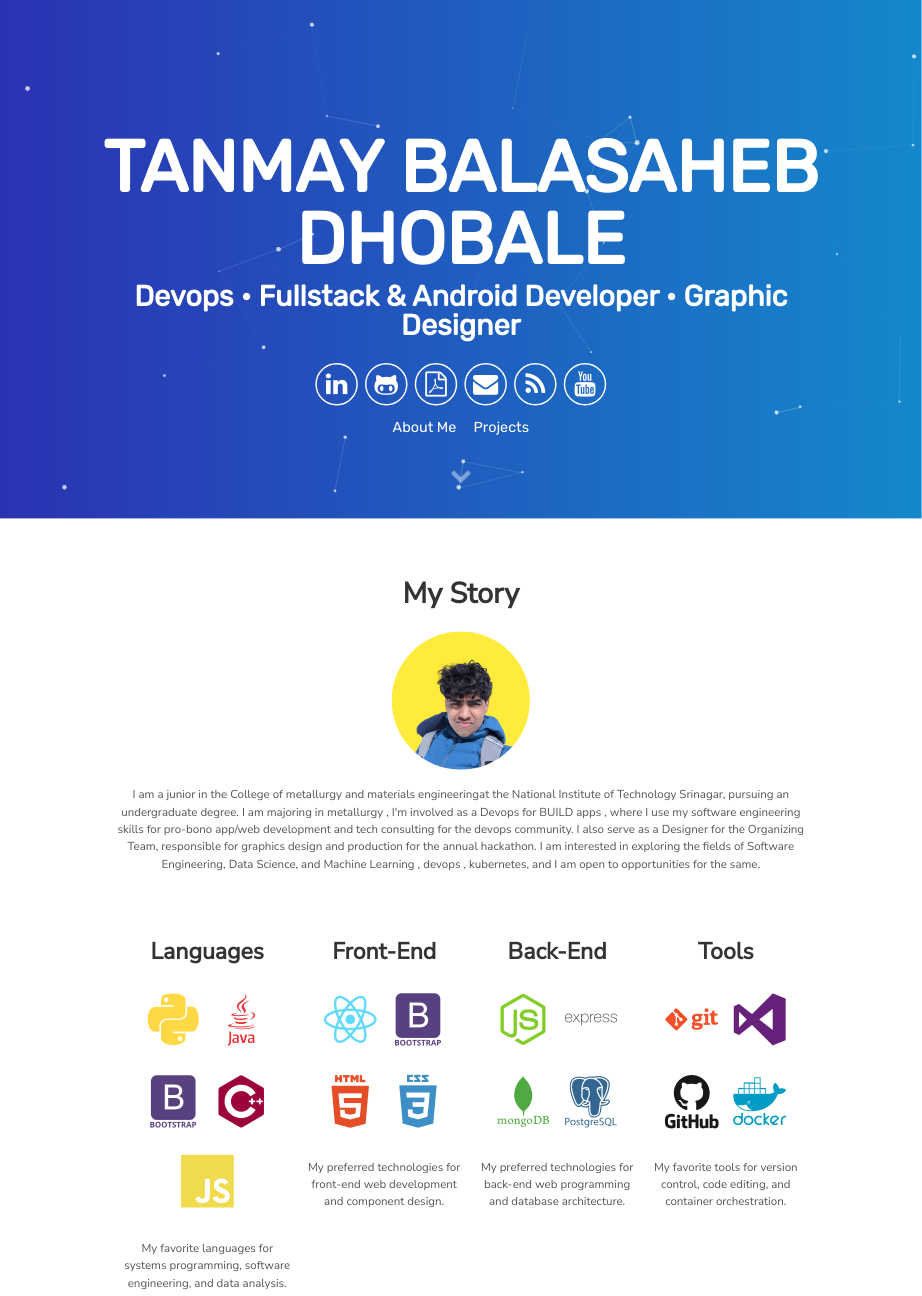
Repository: TanmayDhobale/portfolio.tanmay
Page: index.html
An editor plug-in stored every save of this project. The page is shown before and after the next save, followed by the edit.
The browser window is 1280 px wide. The pictures show the part of the page from y = 0 to 1800 px (the page is 3304 px tall), at 72% of full size.
A picture or video elsewhere on the page could not be fetched, so the positions and the page height are approximate. Backgrounds fixed to the window are drawn as part of the page.

Above is the page before, as saved 2023-09-25 19:24:31.

After the next save:
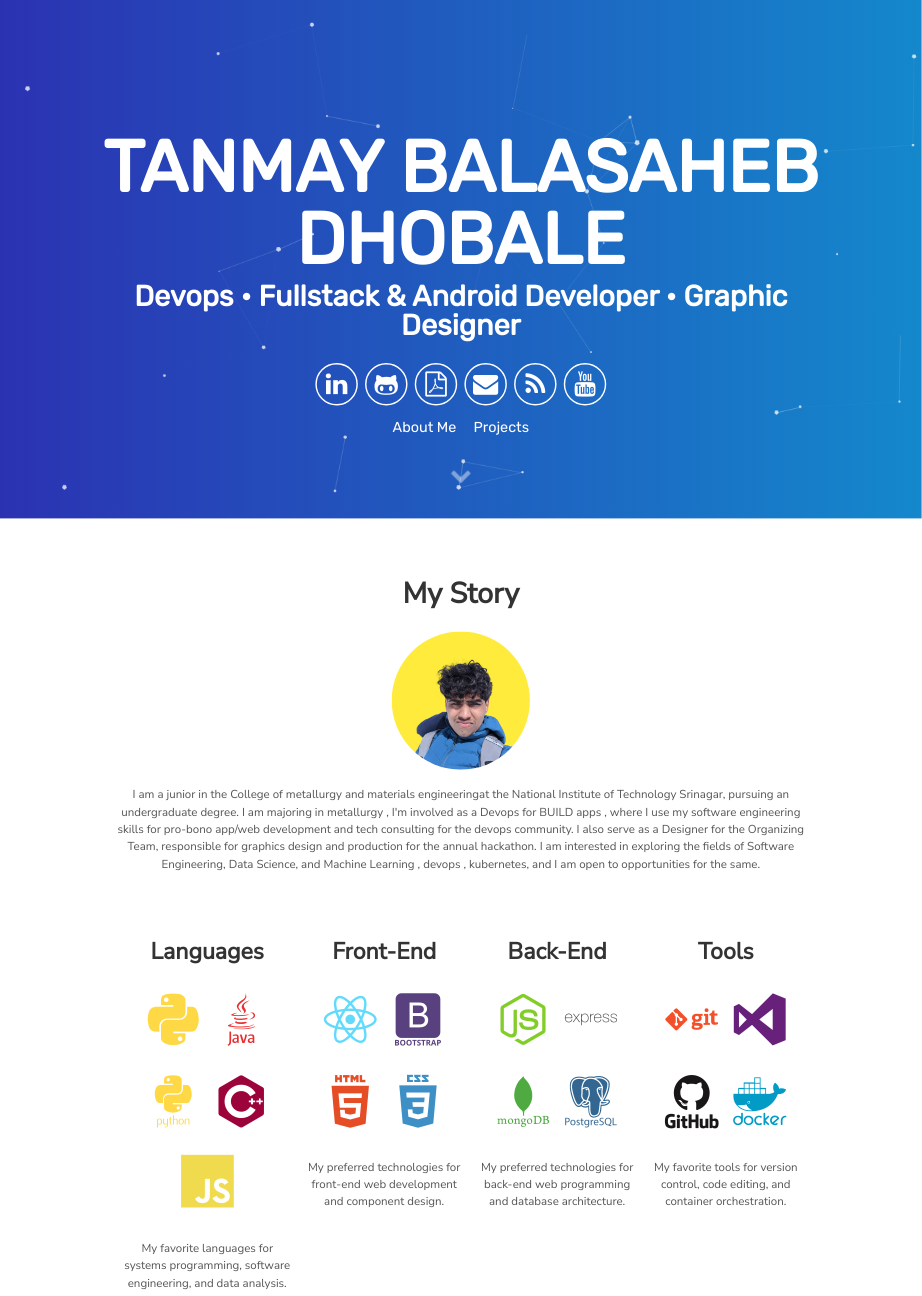
Saved 8 s later.
--- a/index.html
+++ b/index.html
@@ -101,7 +101,7 @@
           <h2>Languages</h2>
           <i class="devicon-python-plain colored"></i>
           <i class="devicon-java-plain-wordmark colored"></i>
-          <i class="devicon-bootstrap-plain-wordmark colored"></i>
+          <i class="devicon-python-plain-wordmark colored"></i>
           <i class="devicon-cplusplus-plain colored"></i>
           <i class="devicon-javascript-plain colored"></i>
           <p>My favorite languages for systems programming, software engineering, and data analysis.</p>
